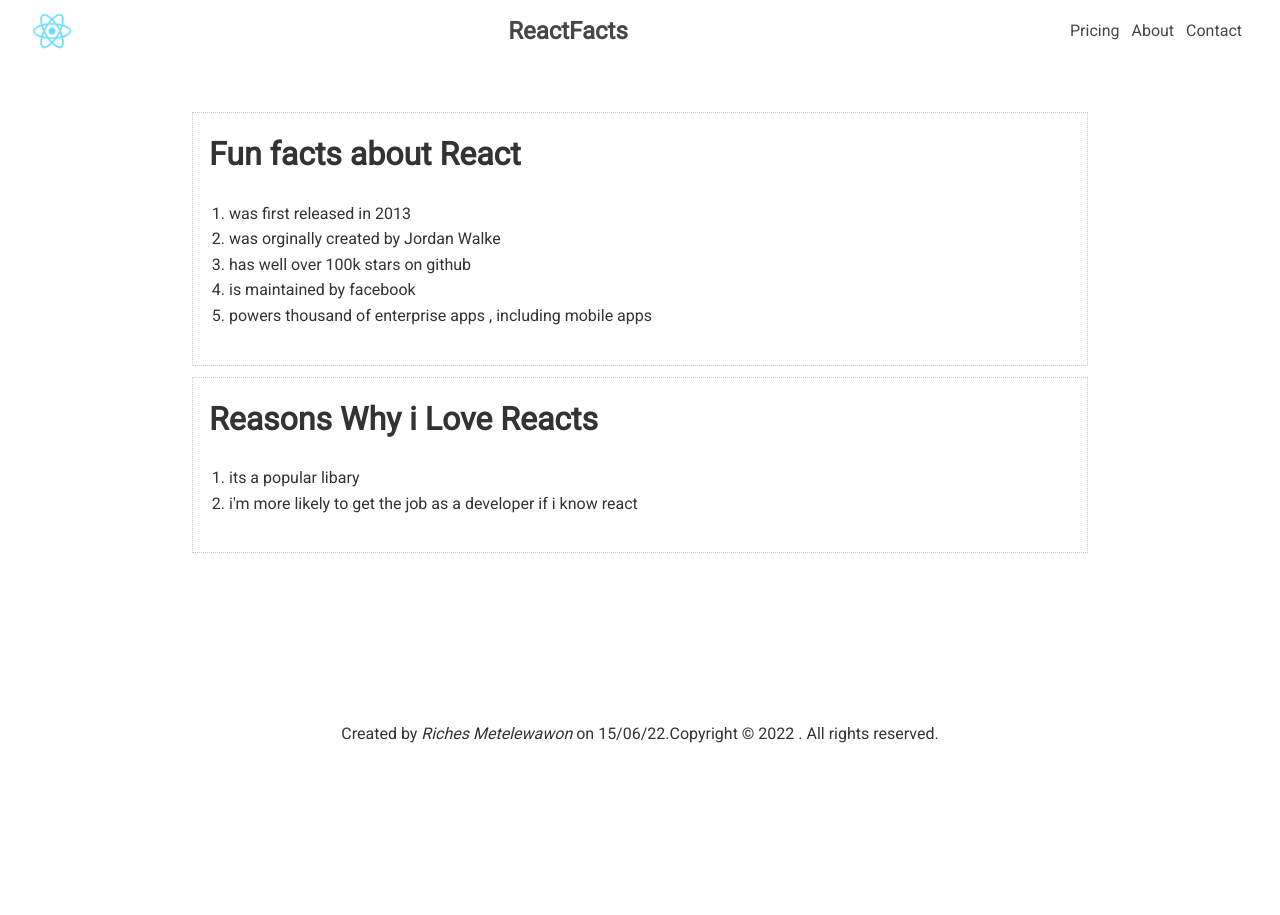
Repository: Richswag009/my-travel-journal
Page: /
These files come from the project's save history. The page is drawn as it stood at one moment and after the next save; the edit follows.
The browser window is 1280 px wide. The pictures show the whole page.
The project was rebuilt for these pictures with package versions that can differ from the ones it lists, and the page was loaded fresh each time.

Above is the page before, as saved 2022-06-15 13:11:11.

After the next save:
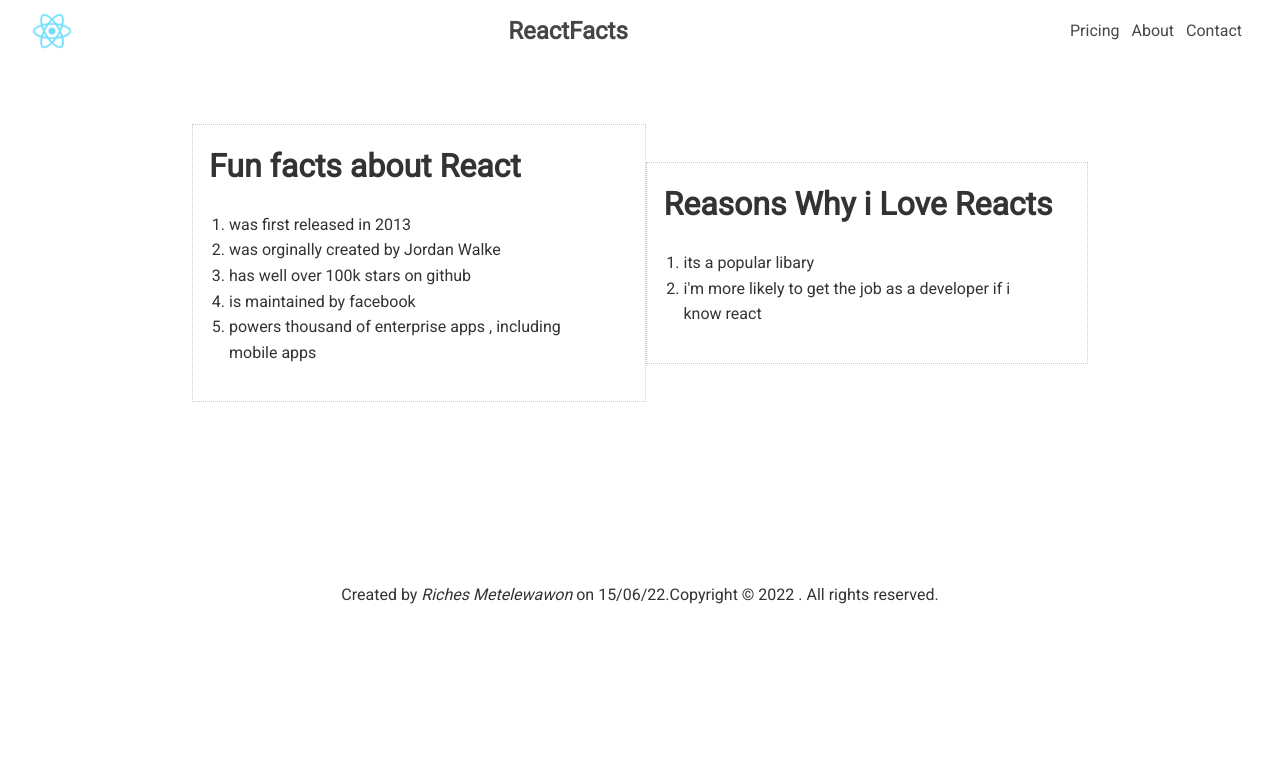
Saved 71 s later.
--- a/src/component/maincontent/Maincontent.js
+++ b/src/component/maincontent/Maincontent.js
@@ -6,7 +6,7 @@
 
     render() {
         return (
-            <div className=' grid ' style={{width:'70%',margin:'50px auto'}}>
+            <div className=' ' style={{width:'70%',margin:'50px auto',display:'flex',justifyContent:'space-around',alignItems:'center'}}>
                 <div className=' card'>
                     <h1>Fun facts about React</h1>
                     <ol style={{margin:'20px'}}>
